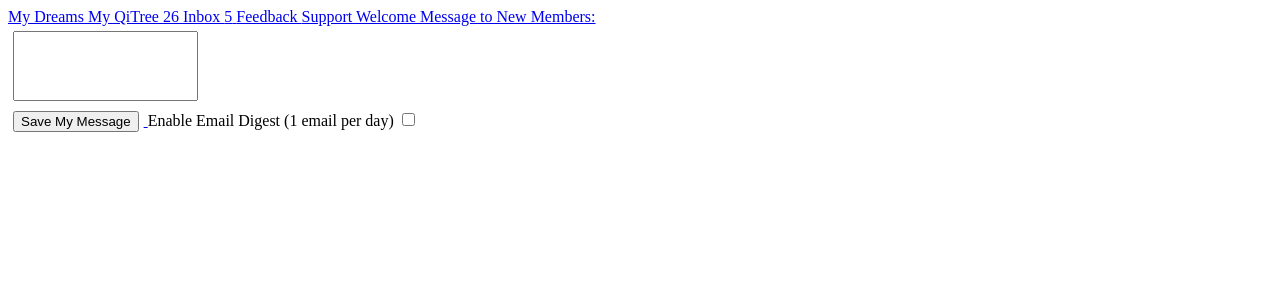
Repository: DevZubair/ionic-test
Page: www/templates/tab-account.html
The author's editor kept a record of every edit. The page is drawn from the files as they stood at one moment, then again after the next edit.
The browser window is 1280 px wide. The pictures show the whole page.

Above is the page before.

### www/templates/tab-account.html
<ion-view view-title="Account Settings">
  <ion-content>
    <div class="list list-inset">

      <!--
      <a class="item item-icon-left item-icon-right item-remove-animate"  ui-sref="members.account.profile">
        <i class="icon ion-person"></i>
        My Profile
        <i class="icon ion-chevron-right icon-accessory"></i>
      </a>
      -->

      <a class="item item-icon-left item-icon-right" href="#">
        <i class="icon ion-cloud"></i>
        My Dreams
         <i class="icon ion-chevron-right icon-accessory"></i>
      </a>

      <a class="item item-icon-left item-icon-right" href="#">
        <i class="icon ion-leaf"></i>
        My QiTree
        <span class="badge badge-assertive">26</span>
         <i class="icon ion-chevron-right icon-accessory"></i>
      </a>

      <a class="item item-icon-left item-icon-right" href="#">
        <i class="icon ion-email"></i>
        Inbox
        <span class="badge badge-assertive">5</span>
         <i class="icon ion-chevron-right icon-accessory"></i>
      </a>

      <a class="item item-icon-left item-icon-right" href="#">
        <i class="icon ion-chatbubble-working"></i>
        Feedback
         <i class="icon ion-chevron-right icon-accessory"></i>
      </a>

      <a class="item item-icon-left item-icon-right" href="#">
        <i class="icon ion-alert-circled"></i>
        Support
         <i class="icon ion-chevron-right icon-accessory"></i>
      </a>

      <a class="item item-icon-left item-icon-right" href="#">
        <!-- <i class="icon ion-earth"></i> -->
        Welcome Message to New Members: <br>
        <input type="textbox" style="height:70px; margin:5px"><br>

          <!-- <ion-option-button class="button-balanced" ng-click="function()" style="margin:5px">
           Save My Message
         </ion-option-button >-->

        <!--



       <!-- <i class="icon ion-android-download"></i> -->

       <!--
                                    ++++++++++++++++++++++++++++++++++
                                    Zubair Comment:
                      The above ion-option-button directive is not used properly, so it is generating errors, thats why I have
                      commented it..! Instead of ion-option-button, use normal html5 button with ionic class
                                                +++++++++++++++++++++++++++++++++++    -->


<button class="button button-balanced" ng-click="" style="margin:5px">Save My Message</button>

      </a>
<!--
      <div class="itemS">
        <div width="40%">My Welcome Message </div>
            <div>
              <label class="item-input-wrapper">
                <input type="textbox" placeholder="Welcome to my team!" width="80%">
              </label>
              <button class="button button-small">
                Save
              </button>
            </div>

          </div>
        -->

        <ion-item class="item-toggle">
        Enable Email Digest (1 email per day)
        <label class="toggle toggle-balanced">
          <input type="checkbox" ng-model="settings.enableFriends">
          <div class="track">
            <div class="handle"></div>
          </div>
        </label>
      </ion-item>


    </div>
  <!--
    <ion-list>

      <ion-item icon="ion-person">My Profile</ion-item>

      <ion-item>b</ion-item>

      <ion-item>c</ion-item>

      <ion-item>d</ion-item>

      <ion-item>e</ion-item>

      <ion-item class="item-toggle">
        Enable Email Digest
        <label class="toggle">
          <input type="checkbox" ng-model="settings.enableFriends">
          <div class="track">
            <div class="handle"></div>
          </div>
        </label>
      </ion-item>

    </ion-list>
  -->
  </ion-content>
</ion-view>

After the next edit:
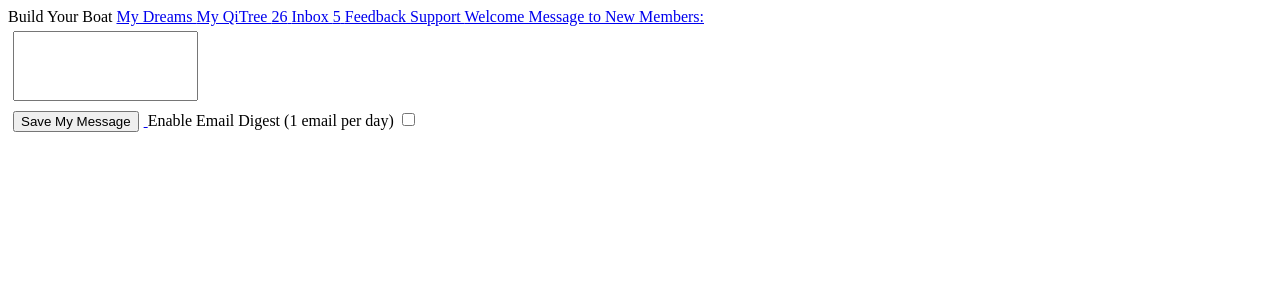
The edit:
--- a/www/templates/tab-account.html
+++ b/www/templates/tab-account.html
@@ -1,6 +1,12 @@
 <ion-view view-title="Account Settings">
   <ion-content>
     <div class="list list-inset">
+
+      <a class="item item-icon-left item-icon-right" ui-sref="members.boat">
+        <i class="icon ion-chevron-left icon-accessory"></i>
+        Build Your Boat
+        <i class="icon ion-help-buoy"></i>
+      </a>
 
       <!--
       <a class="item item-icon-left item-icon-right item-remove-animate"  ui-sref="members.account.profile">
